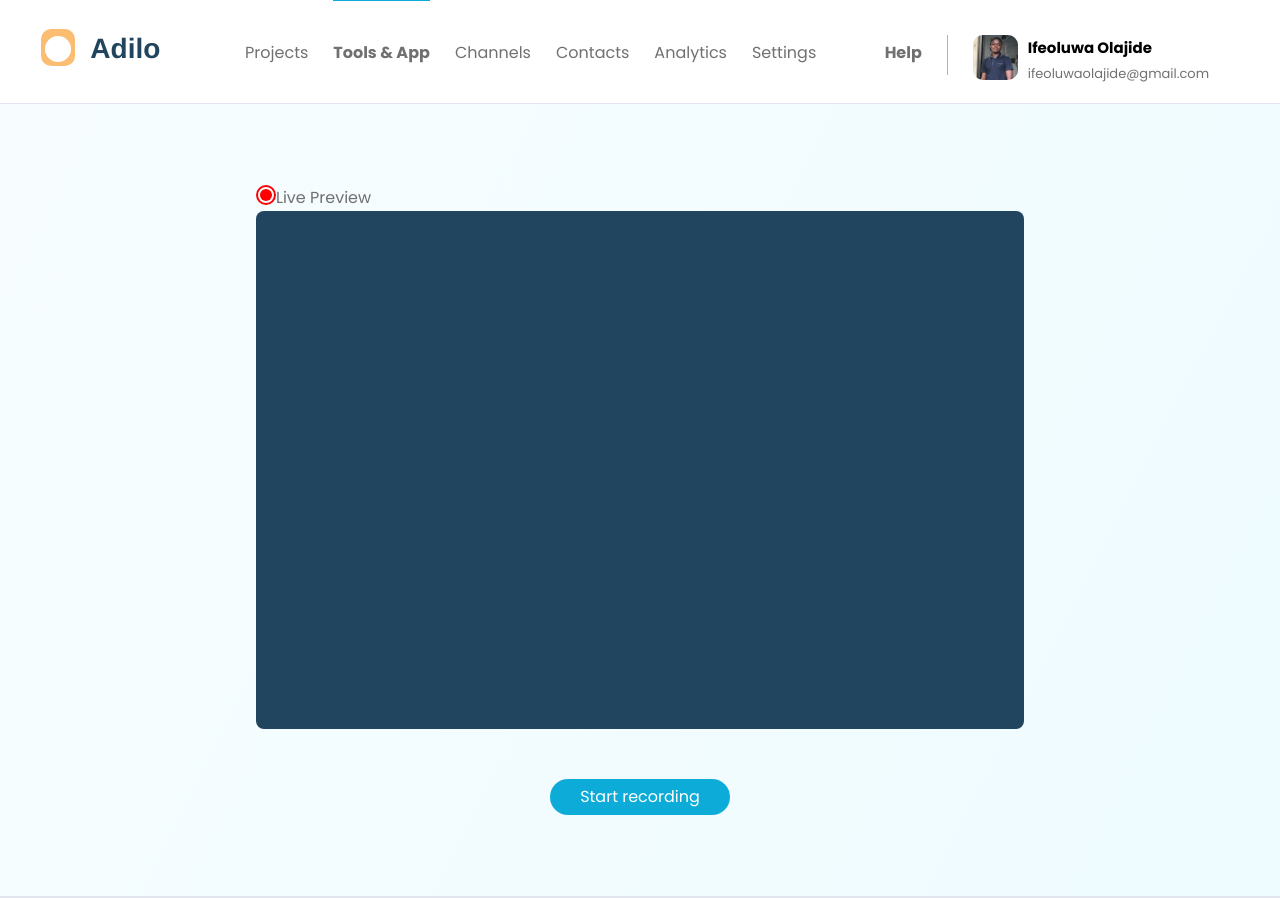
Repository: olhighjay/video_recorder
Page: /
The author's editor kept a copy of each file at every save. The page is drawn from the files as they stood at one save, then again after the next save.
The browser window is 1280 px wide. The pictures show the whole page.
Some web libraries are served in a nearby version. The project was rebuilt for these pictures with package versions that can differ from the ones it lists, and the page was loaded fresh each time. Also part of the build but not shown: vue.config.js, src/components/DataTable.vue, src/components/EmptyRecorded.vue.

Above is the page before, as saved 2022-07-29 12:28:56.

### public/index.html
<!DOCTYPE html>
<html lang="">
  <head>
    <meta charset="utf-8">
    <meta http-equiv="X-UA-Compatible" content="IE=edge">
    <meta name="viewport" content="width=device-width,initial-scale=1.0">
    <link rel="icon" href="<%= BASE_URL %>favicon.ico">
    <title><%= htmlWebpackPlugin.options.title %></title>
    <link rel="stylesheet" href="https://cdn.jsdelivr.net/npm/bootstrap@4.0.0/dist/css/bootstrap.min.css" integrity="sha384-Gn5384xqQ1aoWXA+058RXPxPg6fy4IWvTNh0E263XmFcJlSAwiGgFAW/dAiS6JXm" crossorigin="anonymous">
    <link rel="stylesheet" href="https://cdnjs.cloudflare.com/ajax/libs/font-awesome/6.1.2/css/all.min.css" integrity="sha512-1sCRPdkRXhBV2PBLUdRb4tMg1w2YPf37qatUFeS7zlBy7jJI8Lf4VHwWfZZfpXtYSLy85pkm9GaYVYMfw5BC1A==" crossorigin="anonymous" referrerpolicy="no-referrer" />
  </head>
  <body>
    <noscript>
      <strong>We're sorry but <%= htmlWebpackPlugin.options.title %> doesn't work properly without JavaScript enabled. Please enable it to continue.</strong>
    </noscript>
    <div id="app"></div>
    <!-- built files will be auto injected -->

    <script src="https://cdnjs.cloudflare.com/ajax/libs/font-awesome/6.1.2/js/all.min.js" integrity="sha512-8pHNiqTlsrRjVD4A/3va++W1sMbUHwWxxRPWNyVlql3T+Hgfd81Qc6FC5WMXDC+tSauxxzp1tgiAvSKFu1qIlA==" crossorigin="anonymous" referrerpolicy="no-referrer"></script>
    <script src="https://code.jquery.com/jquery-3.2.1.slim.min.js" integrity="sha384-KJ3o2DKtIkvYIK3UENzmM7KCkRr/rE9/Qpg6aAZGJwFDMVNA/GpGFF93hXpG5KkN" crossorigin="anonymous"></script>
    <script src="https://cdn.jsdelivr.net/npm/popper.js@1.12.9/dist/umd/popper.min.js" integrity="sha384-ApNbgh9B+Y1QKtv3Rn7W3mgPxhU9K/ScQsAP7hUibX39j7fakFPskvXusvfa0b4Q" crossorigin="anonymous"></script>
    <script src="https://cdn.jsdelivr.net/npm/bootstrap@4.0.0/dist/js/bootstrap.min.js" integrity="sha384-JZR6Spejh4U02d8jOt6vLEHfe/JQGiRRSQQxSfFWpi1MquVdAyjUar5+76PVCmYl" crossorigin="anonymous"></script>
  </body>
</html>

### src/App.vue
<template>
  <div>
    <navbar></navbar>
    <div id="main-flex">
      <div v-if="false" class="my-sidebar">
        <ul class="my-sidebar-items">
            <li class="sidebar-item-active"> <img src="./assets/video-player.png" alt=""> &nbsp; My Recordings</li>
            <li> <i class="fa fa-share-alt" style="color:#102346"></i> &nbsp; Requested</li>
        </ul>
      </div>
      <div v-if="false" class="my-main">
        <div class="my-main-container">
          <div><small class="breadcrumbs">Snapbyte <i class="fa fa-angle-right" style="font-weight:200"></i> My Recordings</small></div>
          <div class="subheading-tab">
            <div> <span class="my-recordings">My Recordings </span><span class="my-recordings-count">25</span> </div>
            <div>
              <button class="sub-heading-btn white-btn">
                <i class="fa fa-long-arrow-down" aria-hidden="true"></i>
                <i class="fa fa-long-arrow-up" aria-hidden="true"></i>
                By Date
              </button>
              <button class="sub-heading-btn white-btn">
                <i class="fa-solid fa-filter"></i>
                Add Filter
              </button>
              <button class="sub-heading-btn blue-btn">
                <i class="fa fa-video"></i>
                New Request
              </button>
              <button class="sub-heading-btn red-btn">
                <span class="rec">REC</span>
                Start Recording
              </button>
            </div>
          </div>

          <empty-recorded></empty-recorded>

          <data-table v-if="true"></data-table>
          <!-- Button trigger modal -->
<button type="button" class="btn btn-primary" data-toggle="modal" data-target="#recordOptions">
Launch demo modal
</button>

<!-- Modal -->
<div class="modal fade" id="recordOptions" tabindex="-1" role="dialog" aria-labelledby="recordOptions" aria-hidden="true">
<div class="modal-dialog modal-dialog-centered" role="document">
  <div class="modal-content">
    <div class="modal-header">
      <h5 class="my-modal-title">New Recording</h5>
      <button type="button" class="close" data-dismiss="modal" aria-label="Close">
        <span aria-hidden="true"><i class="fa fa-xmark"></i></span>
      </button>
    </div>
    <div class="modal-body">
      <p class="save-in">Save the recording in</p>
      <div>
        <select class="save-option">
          <Option value="" key="">Select a project</Option>
          <Option value="" key="">Project 1</Option>
          <Option value="" key="">Project 2</Option>
          <Option value="" key="">Project 3</Option>
          <Option value="" key="">Project 4</Option>
        </select>
      </div>
      <div style="margin-top: 35px;">
        <div class="record">
          <div class="record-name">Record screen</div>
          <div class="record-switch">
            <label class="switch">
              <input type="checkbox">
              <span class="slider round"></span>
            </label>
          </div>
        </div>
        <div class="record">
          <div class="record-name">Record camera</div>
          <div class="record-switch">
            <label class="switch">
              <input type="checkbox">
              <span class="slider round"></span>
            </label>
          </div>
        </div>
        <div class="record">
          <div class="record-name">Record mic</div>
          <div class="record-switch">
            <label class="switch">
              <input type="checkbox">
              <span class="slider round"></span>
            </label>
          </div>
        </div>
      </div>
    </div>
    <div class="text-center">
      <button type="button" class="start-recording-btn">Start Recording</button>
    </div>
  </div>
</div>
</div>
        </div>
      </div>
      <div class="record-page">
        <div class="view-frame-wrapper">
          <div class="d-flex">
            <div class="live-icon-wrapper">
              <div class="live-icon" ></div>
            </div>
            <div class="">Live Preview</div>
          </div>
          <div class="view-frame">

          </div>
          <div class="text-center start-recording-wrapper">
            <button class="start-recording">Start recording</button>
          </div>
        </div>
      </div>
    </div>
  </div>
</template>

<script>
// import HelloWorld from './components/HelloWorld.vue'
import Navbar from './layouts/Navbar.vue'
import DataTable from '@/components/DataTable'
import EmptyRecorded from '@/components/EmptyRecorded'

export default {
  name: 'App',
  components: {
    Navbar,
    DataTable,
    EmptyRecorded
  }
}
</script>


<style>
 @import url('https://fonts.googleapis.com/css2?family=Poppins:wght@400;500;700&display=swap');

#main-flex {
  display: flex;
  width: 100%;
}

.record-page {
  background: transparent linear-gradient(117deg, #0dacd85d 0%, #eafaff5d 0%, #d3f5fe65 100%) 0% 0% no-repeat padding-box;
  width: 100%;
  padding: 81px 20%;
}
.view-frame-wrapper {
  margin: 0 auto;
  max-width: 965px;
}
.view-frame {
  height: 518px;
  background: #21455E 0% 0% no-repeat padding-box;
  border-radius: 8px;
}
.live-icon-wrapper {
  border: 2px solid red;
  border-radius: 50%;
  height:20px;
  width:20px;
}
.live-icon {
  background-color:red;
  border-radius: 50%;
  height:12px;
  width:12px;
  margin: 10% auto;
}
.start-recording-wrapper {
  margin-top: 50px;
}
.start-recording {
  padding: 5px 30px;
  background: #0DABD8 0% 0% no-repeat padding-box;
  border-radius: 32px;
  border: none;
  color: #fff;
}



.my-sidebar {
  flex: 0 0 240px;
  /* width: 20%; */
  /* height: 100%; */
  background-color: #ebf2f656;
  border-right: 2px solid #21455e54;
  /* border-right: 2px solid #21455E; */
  /* width:250px; */
}
.my-sidebar-items {
  list-style: none;
  padding: 20px 0;
}
.my-sidebar-items>li {
  margin : 10px 12px 10px 18px;
  padding: 7px 20px ;
}
.sidebar-item-active {
  background-color: #E2E5ED;
  border: 2px solid #0DABD838;
  border-radius: 10px;
}





.my-main {
  flex: 1;
  flex-wrap: wrap;
}
.my-main-container {
  padding: 1.5% 8.5%;
}
.subheading-tab {
  display: flex;
  justify-content: space-between;
}
.sub-heading-btn {
  padding: 3px 15px;
  border-radius: 20px;
  margin-left: 15px;
  font-size: 14px;
}
.white-btn {
  border: 1px solid #E2E5ED;
  background-color: white;
  color: #637C8E;
}
.blue-btn {
  border: none;
  background-color: #0DABD8;
  color: #fff;
}
.red-btn {
  border: none;
  background-color: #EF5350;
  color: #fff;
}
.my-recordings, .my-recordings-count {
  font-size: 24px;
  color: #000
}
.my-recordings {
  color: #000
}
.my-recordings-count {
  color: #637C8E;
  font-weight: 600;
}
.breadcrumbs {
  color:#637C8E;
}
.rec {
  color:#000;
  background-color:#fff;
  border-radius:50%;
  padding:3px 1px;
  font-size:10px;
}



.save-option {
  width:100%;
  background: #F8FAFB 0% 0% no-repeat padding-box;
  border: 1px solid #E2E5ED;
  border-radius: 8px;
  padding:8px 20px;
}
.modal-dialog {
  max-width: 400px !important;
}
.modal-content {
  padding-bottom: 30px !important;
}
.modal-body {
  padding:30px !important;
}
.my-modal-title {
  color:#000;
  font-size: 22px;
  padding-left: 14px;
}
.record {
  margin-top: 15px;
  display: flex;
  justify-content: space-between;
}
.record-name {
  color: #21455E;
  font-size: 18px;
}
.save-in {
  color:black;
  font-size:16px;
}
.start-recording-btn {
  background: #0DABD8 0% 0% no-repeat padding-box;
  border-radius: 28px;
  font-size:18px;
  padding:5px 55px;
  border: none;
  color:#fff;
}


.switch {
  position: relative;
  top: 10px;
  display: inline-block;
  width: 50px;
  height: 13px;
}

.switch input {
  opacity: 0;
  width: 0;
  height: 0;
}

.slider {
  position: absolute;
  cursor: pointer;
  top: -10px;
  left: 0;
  right: 0;
  bottom: 0;
  background-color: #ccc;
  -webkit-transition: .4s;
  transition: .4s;
}

.slider:before {
  position: absolute;
  content: "";
  height: 15px;
  width: 15px;
  left: 4px;
  bottom: 4px;
  background-color: white;
  -webkit-transition: .4s;
  transition: .4s;
}

input:checked + .slider {
  background-color: #1bd85a;
}

input:focus + .slider {
  box-shadow: 0 0 1px #1bd85a;
}

input:checked + .slider:before {
  -webkit-transform: translateX(26px);
  -ms-transform: translateX(26px);
  transform: translateX(26px);
}

/* Rounded sliders */
.slider.round {
  border-radius: 34px;
}

.slider.round:before {
  border-radius: 50%;
}


button:hover {
  cursor: pointer;
}
#app {
  font-family: Avenir, Helvetica, Arial, sans-serif;
  font: normal normal normal 14px/26px Poppins;
  -webkit-font-smoothing: antialiased;
  -moz-osx-font-smoothing: grayscale;
   /* text-align: center; */
   font-size: 16px;
  color: #707070;
  border-bottom: solid 2px #E2E5ED;
  overflow: hidden;
  /* margin-top: 60px;  */
}


</style>

### src/layouts/Navbar.vue
<template>
    <nav class="">
      <div class="nav-logo-area">
        <div class="nav-logo-area-inner">
          <div class="white-logo-wrap">
            <span class="white-logo-bkg">
            <img alt="Adilo logo" src="../assets/swarm.png">
            </span>
          </div>
          <div class="adilo">Adilo</div>
        </div>
      </div>
      <div class="nav-tab">
        <ul class="my-nav-list">
          <li><a>Projects</a></li>
          <li class="active-nav-item"> <a>Tools & App</a></li>
          <li><a>Channels</a></li>
          <li><a>Contacts</a></li>
          <li><a>Analytics</a></li>
          <li><a>Settings</a></li>
        </ul>
      </div>
      <div class="nav-profile">
        <ul class="my-nav-list">
          <li><a><b>Help</b></a></li>
        </ul>
        <div class="profile-info">
          <div class="profile-border"></div>
          <div >
            <img alt="Profile Image" src="../assets/profile.jpg" class="profile-img">
          </div>
          <div style="margin-left:10px">
            <span class="profile-name">Ifeoluwa Olajide </span>
            <p class="profile-email">ifeoluwaolajide@gmail.com</p>
          </div>
        </div>
      </div>
    </nav>
</template>
<script>
export default {
    name: 'NavbarComponent'
}
</script>
<style>
     nav {
    display: flex;
    /* height: 69px; */
    padding: 0 0.032%;
    border-bottom: solid 1px #E2E5ED;
  }

  .nav-logo-area {
    flex: 0 0 16%;
    padding-left: 3.2%;
    padding-top: 19px;
    padding-bottom: 27px;
  }
  .nav-logo-area-inner {
    display: flex;
  }
  .nav-tab {
    flex: 0 0 50%;
  }
  .nav-profile {
    flex: 0 0 34%;
    display: flex;
  }
  .my-nav-list {
    list-style: none;
    padding-top: 40px;
  }
  .my-nav-list>li {
    display: inline;
    margin-right: 25px;
    padding-top: 40px;
  }
  .my-nav-list>li>a {
    text-align: left;
    /* font: normal normal normal 18px/27px Poppins; */
    letter-spacing: 0px;
    color: #707070;
    opacity: 1
  }
  .white-logo-wrap {
    padding-top:16px;
  }
  .white-logo-bkg {
    background-color:#FBBD71;
    padding:7px 4px;
    border-radius:10px;
  }
  .adilo {
    font: normal normal bold 28px/32px Helvetica;
    font-size:28px;
    margin-left:15px;
    font-weight:bold;
    color:#21455E;
    padding-top:14px;
  }
  .profile-info {
    padding-top:35px;
    display:flex;
  }
  .active-nav-item {
    border-top: 6px solid #0DABD8;
    font-weight: 600;
  }
  .profile-border {
    border-left: 1px solid #A3BAC6;
    padding-left:25px;
    height:40px;
  }
  .profile-img {
    width:45px; height: 45px;
    border-radius:10px;
  }
  .profile-name {
    font-weight:bold;
    font-size:15px;
    color:black;
  }
  .profile-email {
    font-size:13px;
  }
</style>

Loaded but not shown: src/main.js (common file)

After the next save:
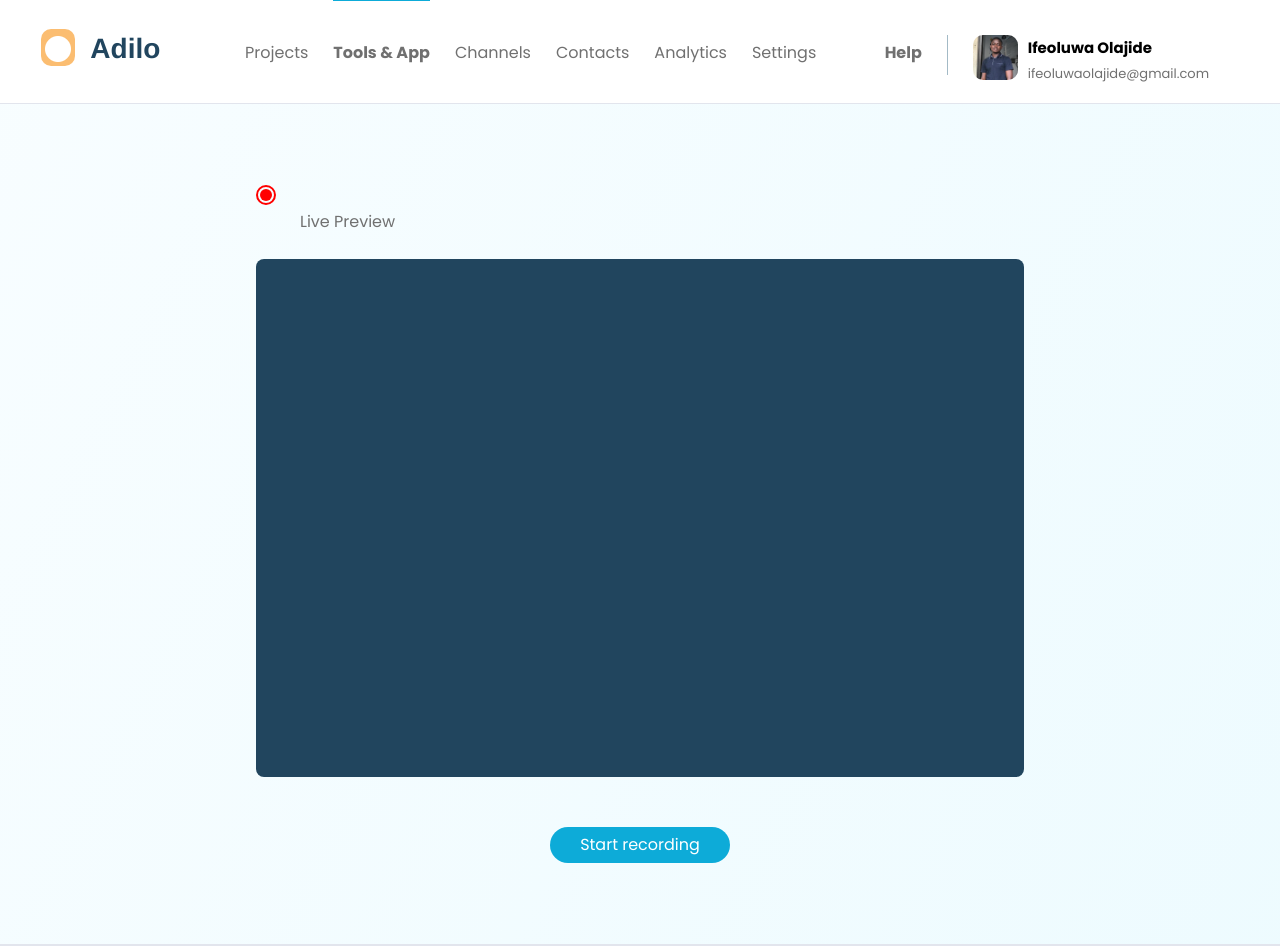
Saved 11 s later.
--- a/src/App.vue
+++ b/src/App.vue
@@ -107,7 +107,7 @@ Launch demo modal
             <div class="live-icon-wrapper">
               <div class="live-icon" ></div>
             </div>
-            <div class="">Live Preview</div>
+            <div class="m-4">Live Preview</div>
           </div>
           <div class="view-frame">
 

After the save that followed:
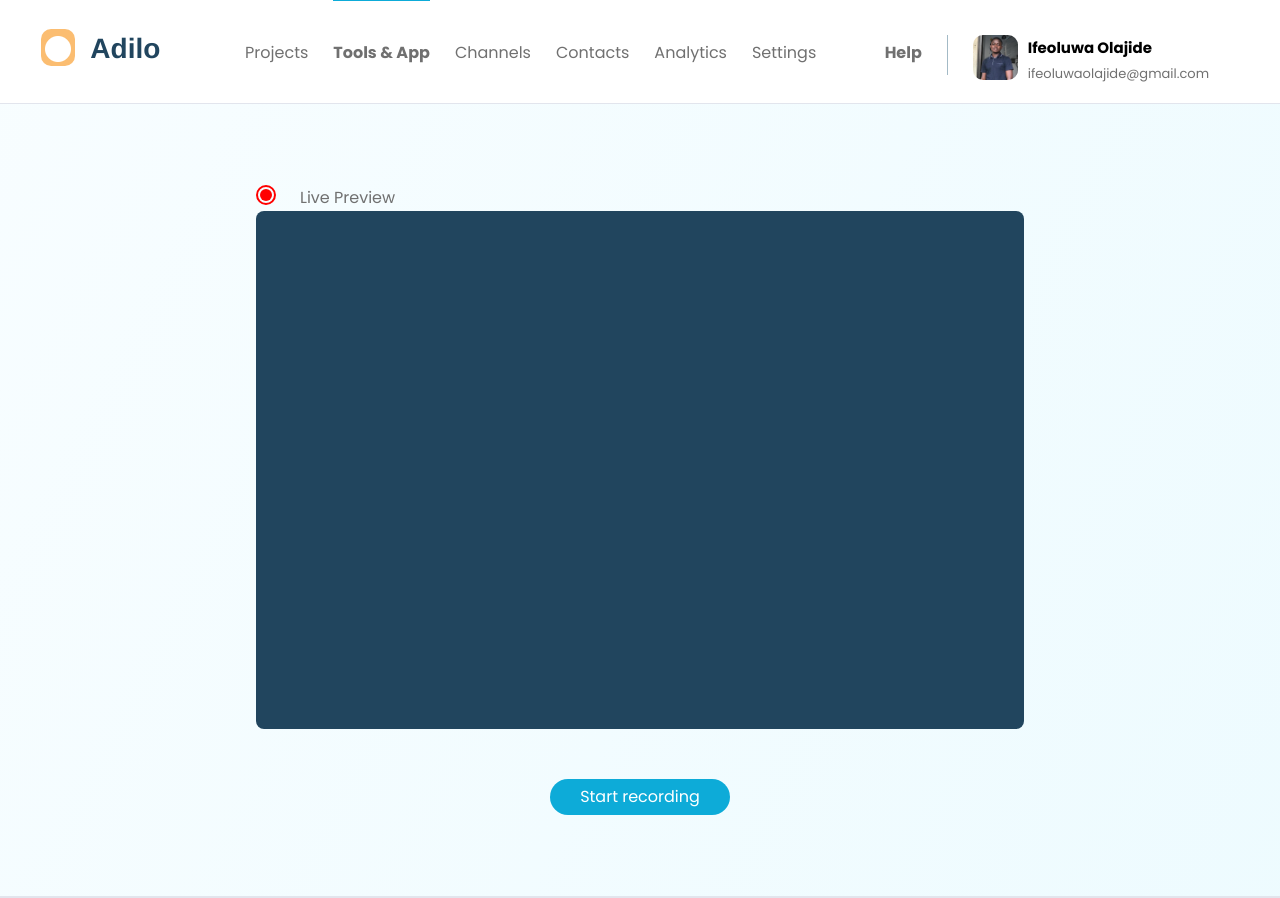
Saved 8 s later.
--- a/src/App.vue
+++ b/src/App.vue
@@ -107,7 +107,7 @@ Launch demo modal
             <div class="live-icon-wrapper">
               <div class="live-icon" ></div>
             </div>
-            <div class="m-4">Live Preview</div>
+            <div class="ml-4">Live Preview</div>
           </div>
           <div class="view-frame">
 
